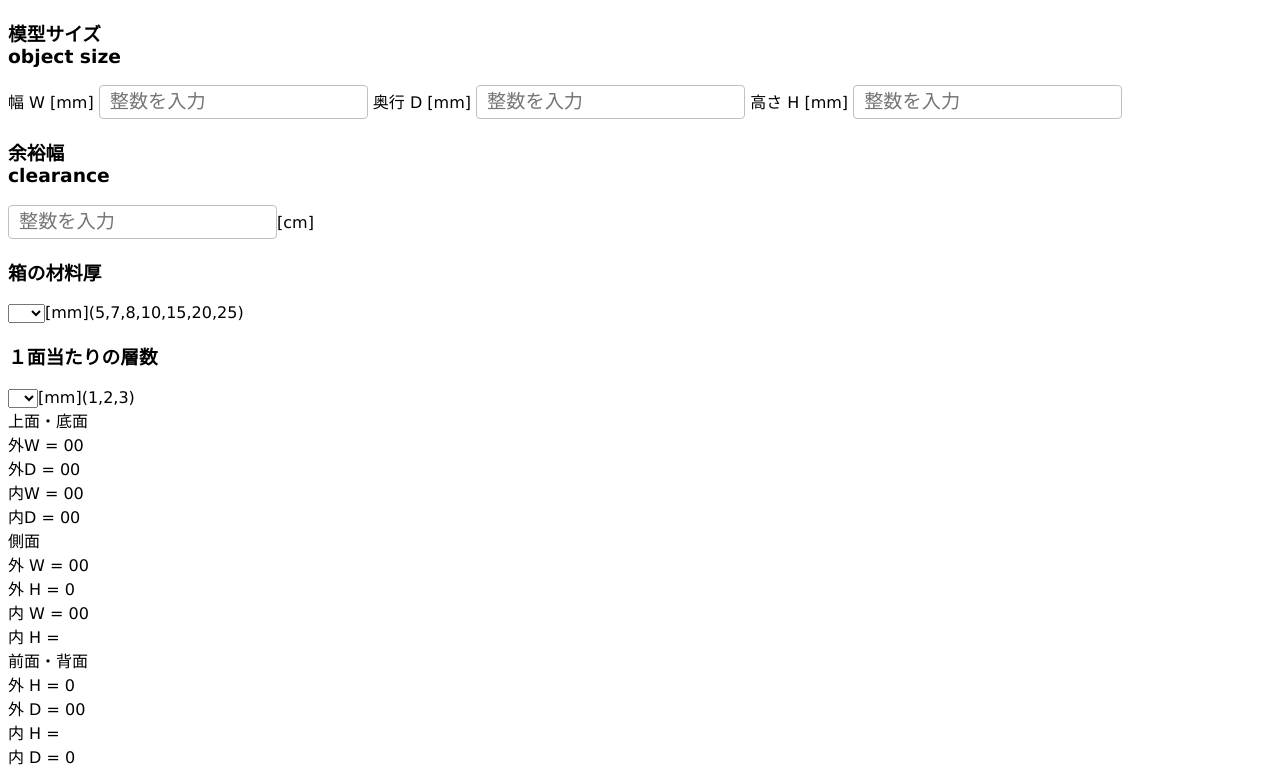
Repository: kiyo6318/project00
Page: index.html
The author's editor kept a copy of each file at every save. The page is drawn from the files as they stood at one save, then again after the next save.
The browser window is 1280 px wide. The pictures show the whole page.

Above is the page before, as saved 2020-08-16 15:08:30.

After the next save:
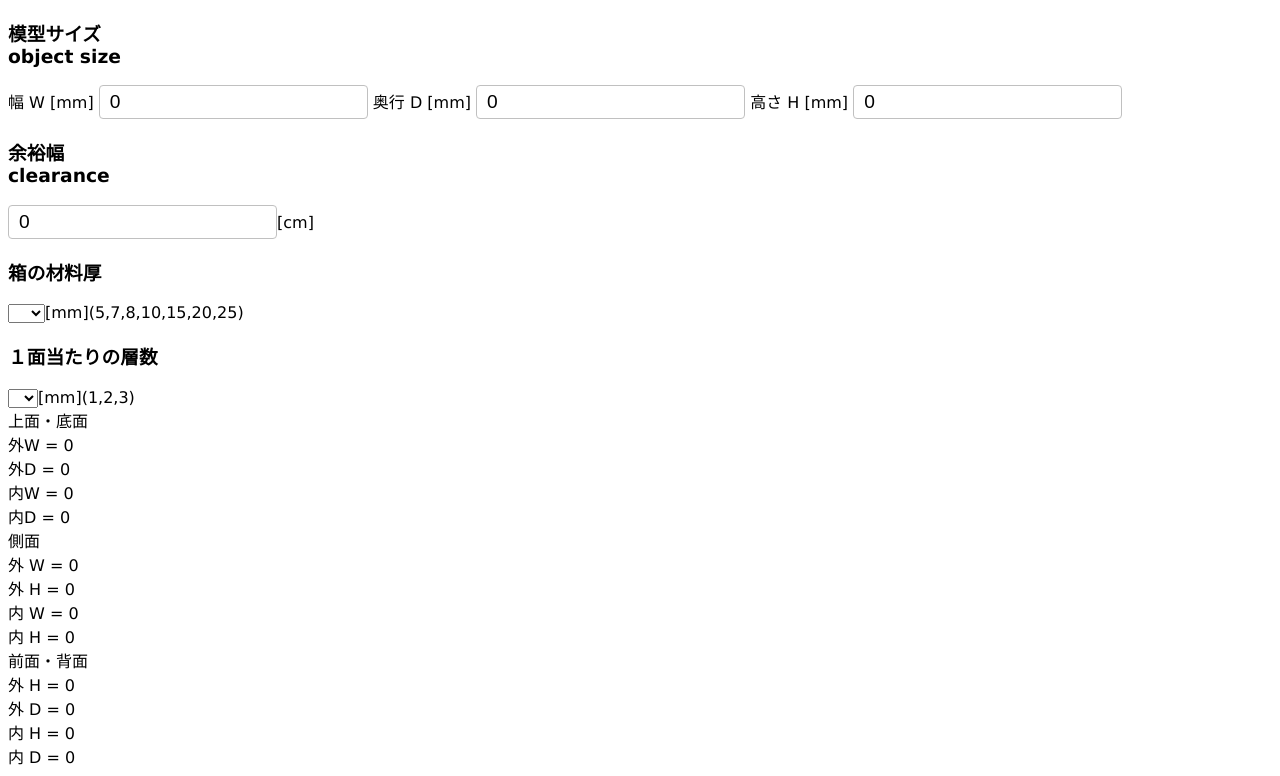
Saved 98 s later.
--- a/js/index.js
+++ b/js/index.js
@@ -1,12 +1,12 @@
 new Vue({
     el: '#app',
     data: {
-        width: "",
-        height: "",
-        depth: "",
-        clearance: "",
-        materialThickness: "",
-        numberOfLayerBySurface: ""
+        width: 0,
+        height: 0,
+        depth: 0,
+        clearance: 0,
+        materialThickness: 0,
+        numberOfLayerBySurface: 0
     },
     computed: {
         topBottomOutWidth: function (){
